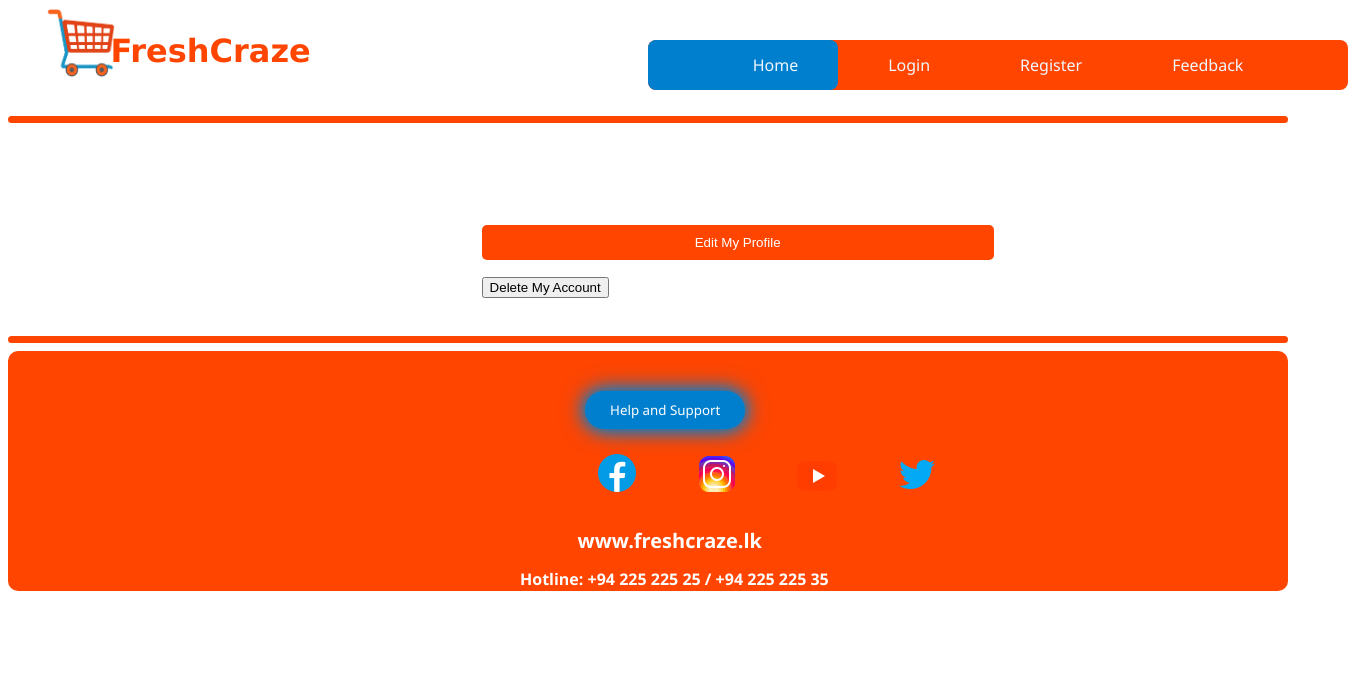
Repository: chamarac2002/FreshCraze
Page: http://localhost/CustomerDemo/useraccount.jsp
The author's editor kept a copy of each file at every save. The page is drawn from the files as they stood at one save, then again after the next save.
The browser window is 1280 px wide. The page is 1348 px wide, so the pictures cover 1348 px, including what lies to the right of the window. The pictures show the whole page.
The page is served by Tomcat 9. Nobody is signed in. The application's start-up code is not run. Other server files are loaded and not shown. The template is opened directly, without the code that normally fills it, so the values that code supplies are empty.

Above is the page before, as saved 2024-05-11 05:30:24.

### CustomerDemo/src/main/webapp/useraccount.jsp
<%@ page language="java" contentType="text/html; charset=ISO-8859-1"
    pageEncoding="ISO-8859-1"%>
    <%@taglib prefix="c" uri="http://java.sun.com/jsp/jstl/core"%>
<!DOCTYPE html>

<html lang="en">
<head>
    <meta charset="UTF-8">
    <meta name="viewport" content="width=device-width, initial-scale=1.0">
    <title>Home Page</title>

    <link rel="stylesheet" href="Styles/useraccountStyle.css">
</head>

<body>

<img src="images\logo.png" class="logo" >

    <h1 class="logo_topic">FreshCraze</h1>

    <nav class="navbar">
        <a href="home page.html">Home</a>
        <a href="Login page.html">Login</a>
        <a href="customer registration.html">Register</a>
        <a href="#">Feedback</a>
        <span></span>
    </nav>

<hr class="topic_line">

	<table class = "table">
		<c:forEach var="cus" items="${cusDetails}">

		<c:set var="id" value="${cus.id}"/>
		<c:set var="name" value="${cus.name}"/>
		<c:set var="address" value="${cus.address}"/>
		<c:set var="phone" value="${cus.phone}"/>
		<c:set var="nic" value="${cus.nic}"/>
		<c:set var="email" value="${cus.email}"/>
		<c:set var="gender" value="${cus.gender}"/>
		<c:set var="password" value="${cus.password}"/>


        <h1 class = "head">Customer Profile</h1>

   		<tbody>
        <tr>
			<td>Customer ID:</td>
			<td>${cus.id}</td>
		</tr>
		<tr class="active-row">
			<td>Name:</td>
			<td>${cus.name}</td>
		</tr>
		<tr>
			<td>Address:</td>
			<td>${cus.address}</td>
		</tr>
		<tr class="active-row">
			<td>Phone Number</td>
			<td>${cus.phone}</td>
		</tr>
		<tr>
			<td>NIC Number:</td>
			<td>${cus.nic}</td>
		</tr>
		<tr class="active-row">
			<td>Email:</td>
			<td>${cus.email}</td>
		</tr>
		<tr>
			<td>Gender:</td>
			<td>${cus.gender}</td>
		</tr>
		<tr class="active-row">
			<td>Password:</td>
			<td>${cus.password}</td>
		</tr>
    </tbody>
	</c:forEach>
	</table>

<table class="styled-table">

</table>

	<c:url value="updatecustomer.jsp" var="cusupdate">
		<c:param name="id" value="${id}"/>
		<c:param name="name" value="${name}"/>
		<c:param name="address" value="${address}"/>
		<c:param name="phone" value="${phone}"/>
		<c:param name="nic" value="${nic}"/>
		<c:param name="email" value="${email}"/>
		<c:param name="gender" value="${gender}"/>
		<c:param name="pass" value="${password}"/>
	</c:url>

	<a href="${cusupdate}">
	<input type="button" name="update" class="sub1" value="Edit My Profile">
	</a>

	<br><br>
	<c:url value="deletecustomer.jsp" var="cusdelete">
		<c:param name="id" value="${id}"/>
		<c:param name="name" value="${name}"/>
		<c:param name="address" value="${address}"/>
		<c:param name="phone" value="${phone}"/>
		<c:param name="nic" value="${nic}"/>
		<c:param name="email" value="${email}"/>
		<c:param name="gender" value="${gender}"/>
		<c:param name="pass" value="${password}"/>
	</c:url>
	<a href="${cusdelete}">
	<input type="button" name="delete" class="sub2" value="Delete My Account">
	</a>

<hr class="footer_line">

<div class="footer">
    <a href="link" target="_blank">
    <button type="button" class="help_button">Help and Support</button>
    </a>

    <div class="fb_icon">
        <a href="https://www.facebook.com/" target="_blank"><img src="images/facebook.png"></a>
    </div>

    <div class="insta_icon">
        <a href="https://www.instagram.com/" target="_blank"><img src="images/insta.png"></a>
    </div>

    <div class="twitt_icon">
        <a href="https://www.twitter.com/" target="_blank"><img src="images/Twitter.png"></a>
    </div>

    <div class="yt_icon">
        <a href="https://www.youtube.com/" target="_blank"><img src="images/yt.png"></a>
    </div>
</div>

<div class="contacts">
    <h1 class="link">www.freshcraze.lk</h1>
    <h1>Hotline: +94 225 225 25 / +94 225 225 35</h1>
</div>

</body>
</html>

### CustomerDemo/src/main/webapp/Styles/useraccountStyle.css
body{
    background-color: #ffffff;
    background-repeat: no-repeat;
    background-attachment: fixed;
    background-position: center;
    width: 100%;
}

.logo{
    width: 70px;
    height: 70px;
    margin-left: 3%;
}

.logo_topic{
    font-family: verdana;
    margin-left: 8%;
    margin-top: -3.9%;
    color: orangered;
}

.navbar{
    margin-left:50%;
    margin-top:-4%;
    padding: 0;
    box-sizing: border-box;
    font-family: 'Segoe UI';
    display: flex;
    justify-content:center;
    align-items: center;
    min-height: 5vh;

    position:relative;
    background-color: orangered;
    border-radius: 8px;
    width: 700px;
    height: 50px;
    display: flex;
}

nav a{
    position: relative;
    display: inline-block;
    font-size: 1em;
    font-weight: 500;
    color: aliceblue;
    text-decoration: none;
    padding: 45px;
    z-index: 1;
}

nav span{
    position: absolute;
    top: 0;
    left: 0;
    width: 190px;
    height: 100%;
    background-color:rgb(0, 127, 206);
    border-radius: 8px;
    transition: .3s;
}

nav a:nth-child(1):hover~span{
    left: 0;
    width: 190px;
}

nav a:nth-child(2):hover~span{
    left: 190px;
    width: 150px;
}

nav a:nth-child(3):hover~span{
    left:330px;
    width: 150px;
}

nav a:nth-child(4):hover~span{
    left: 470px;
    width: 230px;
}

.topic_line{
    border: none;
    margin-top: 2%;
    border-top: 7px solid orangered;
    border-radius: 10px;
}

.help_button{
    box-shadow:0 0 15px rgb(0, 127, 206),0 0 25px rgb(0, 127, 206);
    border: none;
    width: 160px;
    margin-left: 44%;
    font-family: 'Segoe UI';
    padding: 10px 12px;
    color: #ffffff;
    background-color:rgb(0, 127, 206);
    border-radius: 20px;
}

.help_button:hover{
    box-shadow: 0 0 25px rgb(0, 127, 206);
}

.fb_icon{
    margin-left: 560px;
    margin-top: 20px;
}

.insta_icon{
    margin-left: 660px;
    margin-top: -51px;
}

.yt_icon{
    margin-left: 760px;
    margin-top: -51px;
}

.twitt_icon{
    margin-left: 860px;
    margin-top: -51px;
}

.footer{
    height: 200px;
    background-color: orangered;
    padding-top: 40px;
    padding-left: 25px;
    border-radius: 10px;
}

.footer_line{
    border: none;
    margin-top: 3%;
    border-top: 7px solid orangered;
    border-radius: 10px;
}

.contacts{
    font-size: 8px;
    color:rgb(255, 255, 255);
    font-family: 'Segoe UI';
    margin-left: 40%;
    margin-top: -5%;
}

.link{
    font-size: 20px ;
    margin-top: -6%;
    margin-left: 7.5%;
}

.details{
    font-family: verdana;
    margin-left: 8%;
    margin-top: -3.9%;
    color: orangered;
}

.table {
    border-collapse: collapse;
    margin: 25px 0;
    font-size: 1.02em;
    font-family: 'Segoe UI';
    min-width: 400px;
    margin-left: 37%;
    margin-top: 3%;
}

.head {
	margin-top: 4%;
    text-align: center;
 	margin-bottom: 50px;
 	font-family: 'Segoe UI';
 	font-size: 1.8em;
}

.table th,
.table td {
    padding: 12px 15px;
}

.table tbody tr {
    border-bottom: 1px solid #dddddd;
}

.table tbody tr:nth-of-type(even) {
    background-color: #f3f3f3;
}

.table tbody tr:last-of-type {
    border-bottom: 2px solid orangered;
}

.table tbody tr:first-of-type {
    border-top: 2px solid orangered;
}

.table tbody tr.active-row {
    font-weight: bold;
    color: rgb(0, 127, 206);
}

.sub1 {
  	margin-left: 37%;
    margin-top: 3%;
    text-align: center;
}

.sub2 {
  	margin-left: 37%;
    margin-top: -10%;
}

.sub1,sub2 {
  color : #ffffff;
  width: 40%;
  padding: 10px;
  background-color: orangered;
  border: none;
  border-radius: 5px;
  cursor: pointer;

After the next save:
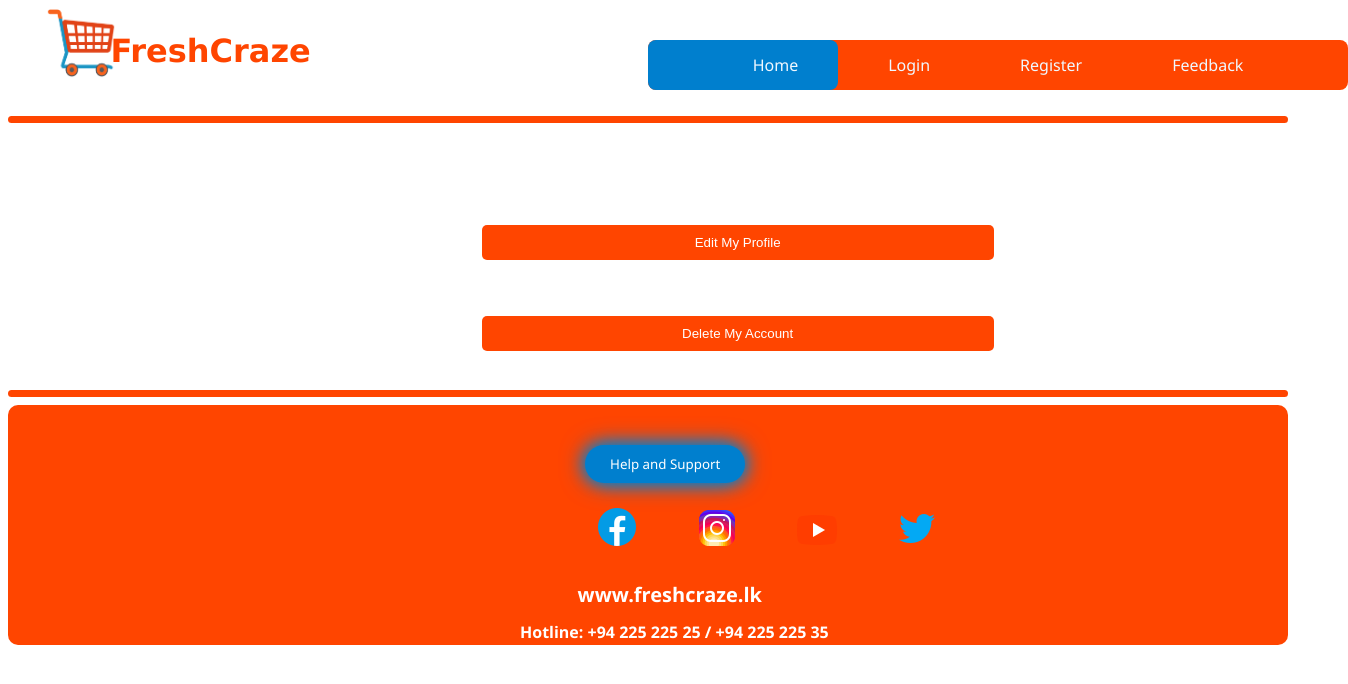
Saved 50 s later.
--- a/CustomerDemo/src/main/webapp/Styles/useraccountStyle.css
+++ b/CustomerDemo/src/main/webapp/Styles/useraccountStyle.css
@@ -207,18 +207,24 @@
   	margin-left: 37%;
     margin-top: 3%;
     text-align: center;
+    color : #ffffff;
+  	width: 40%;
+	padding: 10px;
+ 	background-color: orangered;
+ 	border: none;
+ 	border-radius: 5px;
+ 	cursor: pointer;
 }
 
 .sub2 {
   	margin-left: 37%;
-    margin-top: -10%;
-}
-
-.sub1,sub2 {
-  color : #ffffff;
-  width: 40%;
-  padding: 10px;
-  background-color: orangered;
-  border: none;
-  border-radius: 5px;
-  cursor: pointer;
+    margin-top: 3%;
+    text-align: center;
+    color : #ffffff;
+  	width: 40%;
+	padding: 10px;
+ 	background-color: orangered;
+ 	border: none;
+ 	border-radius: 5px;
+ 	cursor: pointer;
+}
